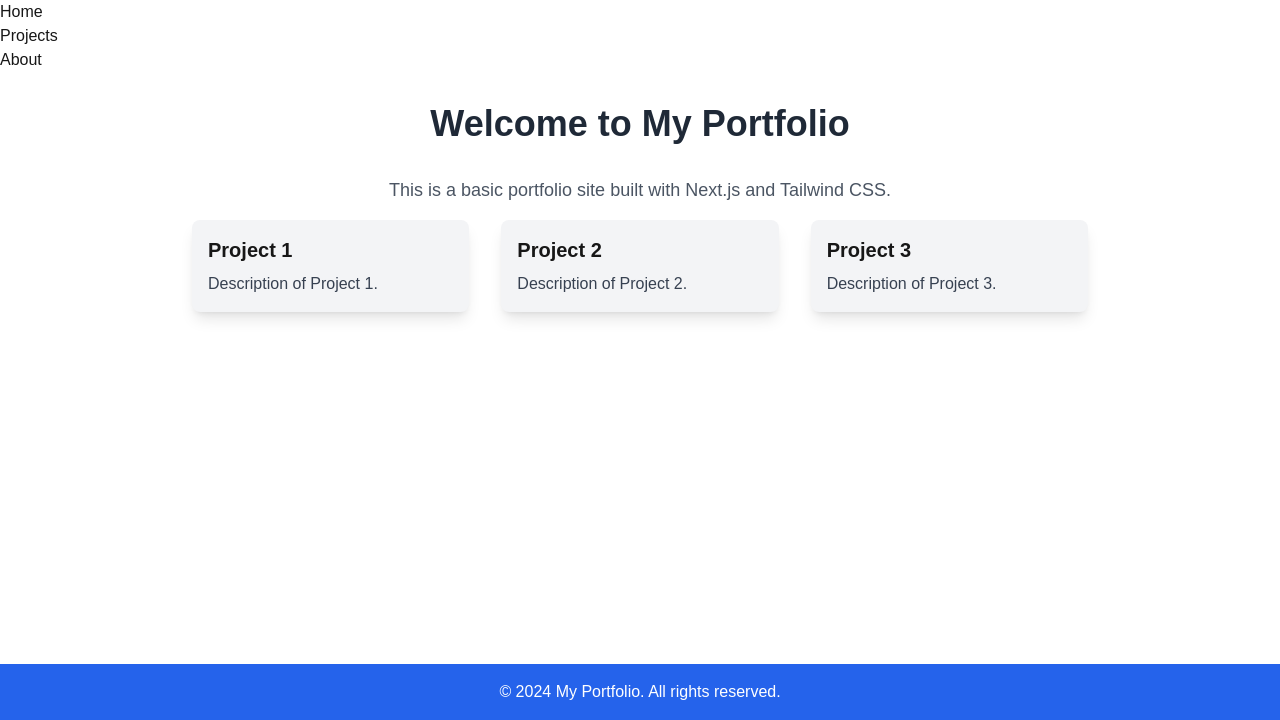
Repository: Coralee-Long/daily-bytes
Page: /
These files come from the project's save history. The page is drawn as it stood at one moment and after the next save; the edit follows.
The browser window is 1280 px wide. The pictures show the whole page.
The project was rebuilt for these pictures with package versions that can differ from the ones it lists, and the page was loaded fresh each time. The framework's server and built-in components were replaced by stand-ins that run in the browser. Also part of the build but not shown: next.config.mjs.

Above is the page before, as saved 2024-09-11 20:50:12.

After the next save:
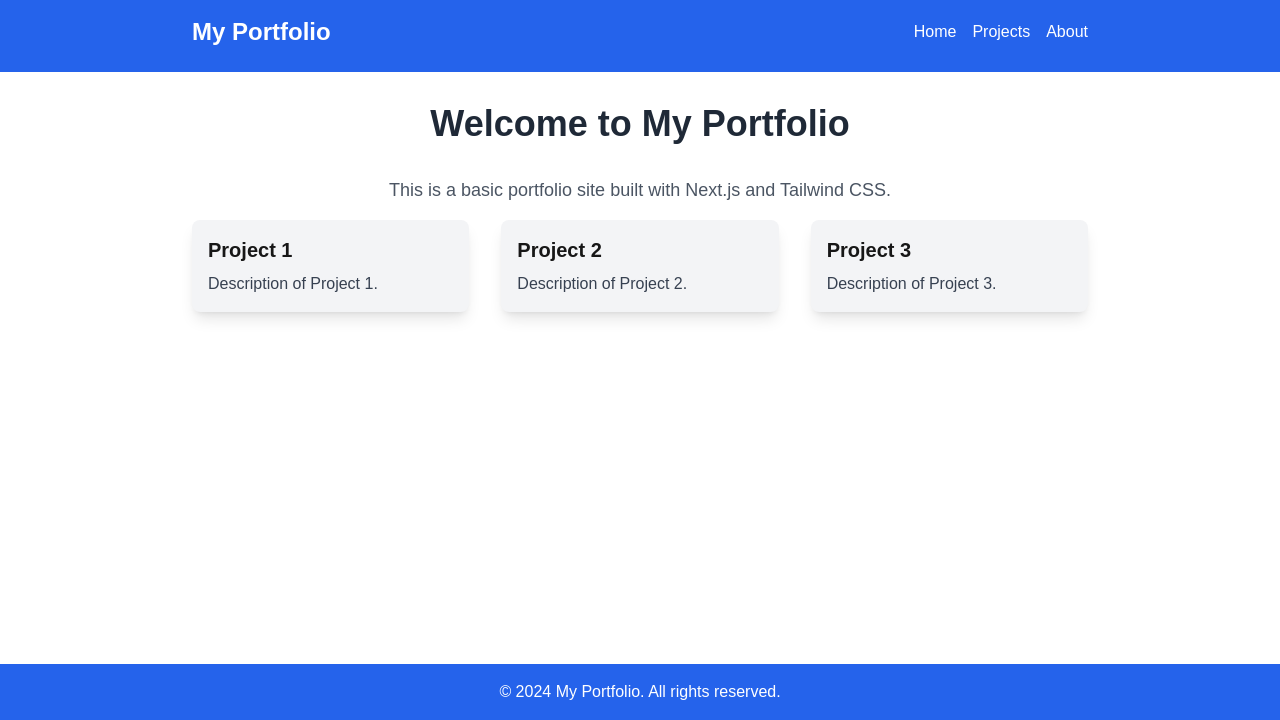
Saved 46 s later.
--- a/components/Header.tsx
+++ b/components/Header.tsx
@@ -1,20 +1,26 @@
 import React from 'react';
 import Link from 'next/link';
 
-// Define the component as a functional component using React.FC
 const Header: React.FC = () => {
   return (
-    <header>
-      <nav>
-        <ul>
+    <header className="bg-blue-600 text-white p-4 h-[10vh]">
+      <nav className="flex justify-between items-center max-w-4xl mx-auto">
+        <h1 className="text-2xl font-bold">My Portfolio</h1>
+        <ul className="flex space-x-4">
           <li>
-            <Link href="/">Home</Link>
+            <Link href="/">
+              <a className="hover:underline">Home</a>
+            </Link>
           </li>
           <li>
-            <Link href="/projects">Projects</Link>
+            <Link href="/projects">
+              <a className="hover:underline">Projects</a>
+            </Link>
           </li>
           <li>
-            <Link href="/about">About</Link>
+            <Link href="/about">
+              <a className="hover:underline">About</a>
+            </Link>
           </li>
         </ul>
       </nav>
